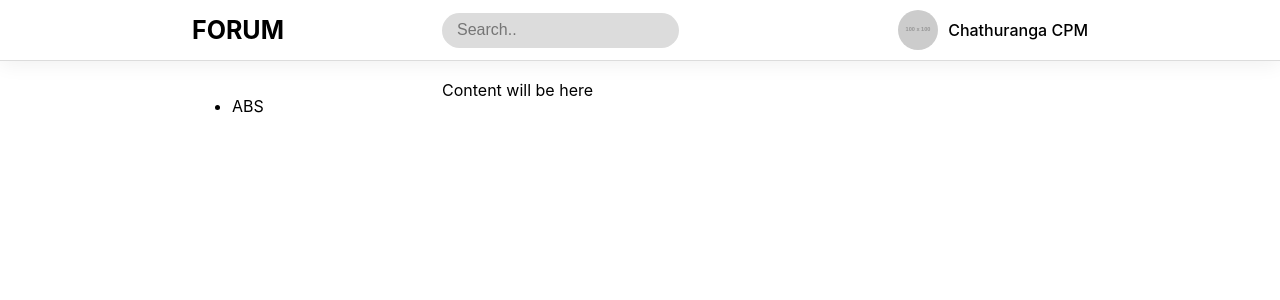
Repository: ChathurangaCPM/developer-forum
Page: / (app in client/)
The author's editor kept a copy of each file at every save. The page is drawn from the files as they stood at one save, then again after the next save.
The browser window is 1280 px wide. The pictures show the whole page.
The project was rebuilt for these pictures with package versions that can differ from the ones it lists, and the page was loaded fresh each time.

Above is the page before, as saved 2022-05-09 21:05:59.

After the next save:
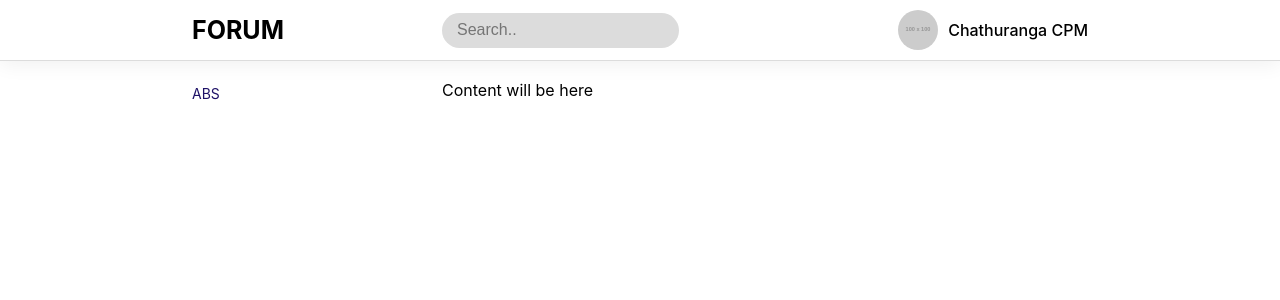
Saved 22 s later.
--- a/client/src/components/SideBar/SideBar.js
+++ b/client/src/components/SideBar/SideBar.js
@@ -1,3 +1,5 @@
+import '../../scss/componets/SideBar/SideBar.min.css';
+
 function SideBar() {
 	return (
 		<div className="main_sidebar_wrapper">
